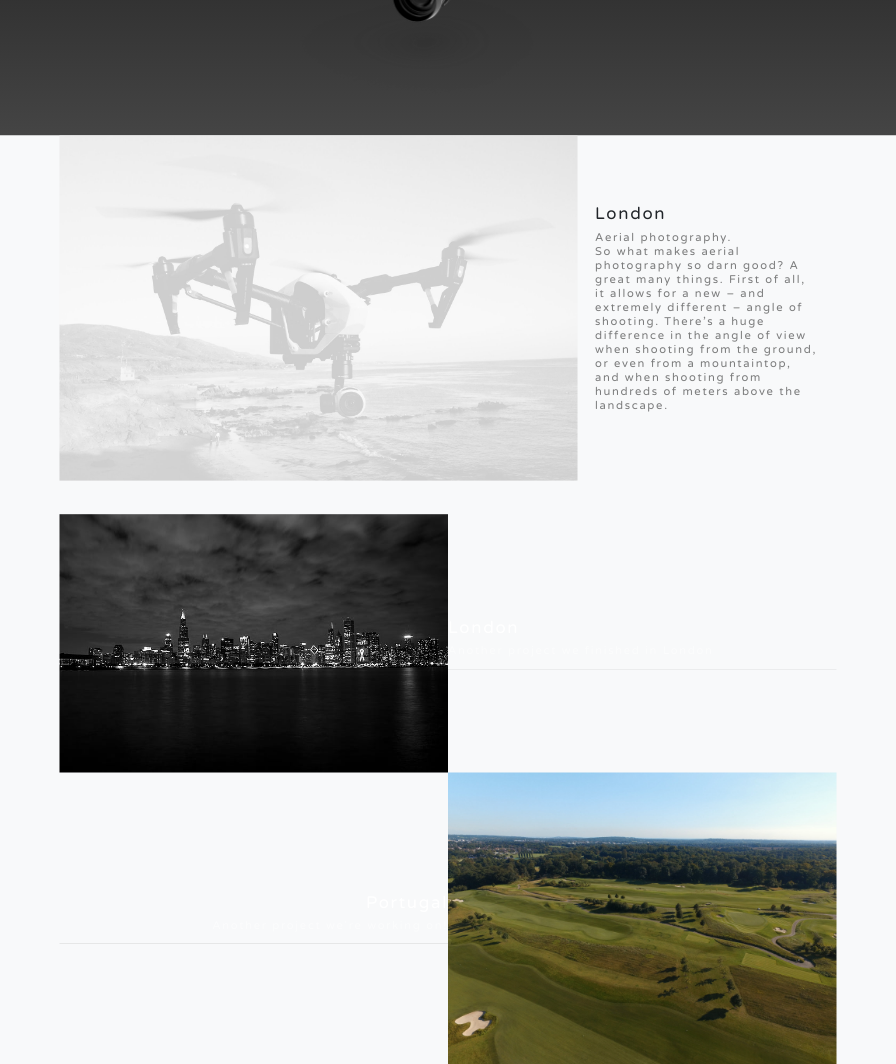
Repository: geoeskel/UCFD-Milestone-Project
Page: index.html
The author's editor kept a record of every edit. The page is drawn from the files as they stood at one moment, then again after the next edit.
The browser window is 1280 px wide. The pictures show the part of the page from y = 1552 to 3472 px (the page is 3072 px tall before and 3472 px after), at 70% of full size.
A picture or video elsewhere on the page could not be fetched, so the positions and the page height are approximate. Some web libraries are served in a nearby version.

Above is the page before.

After the next edit:
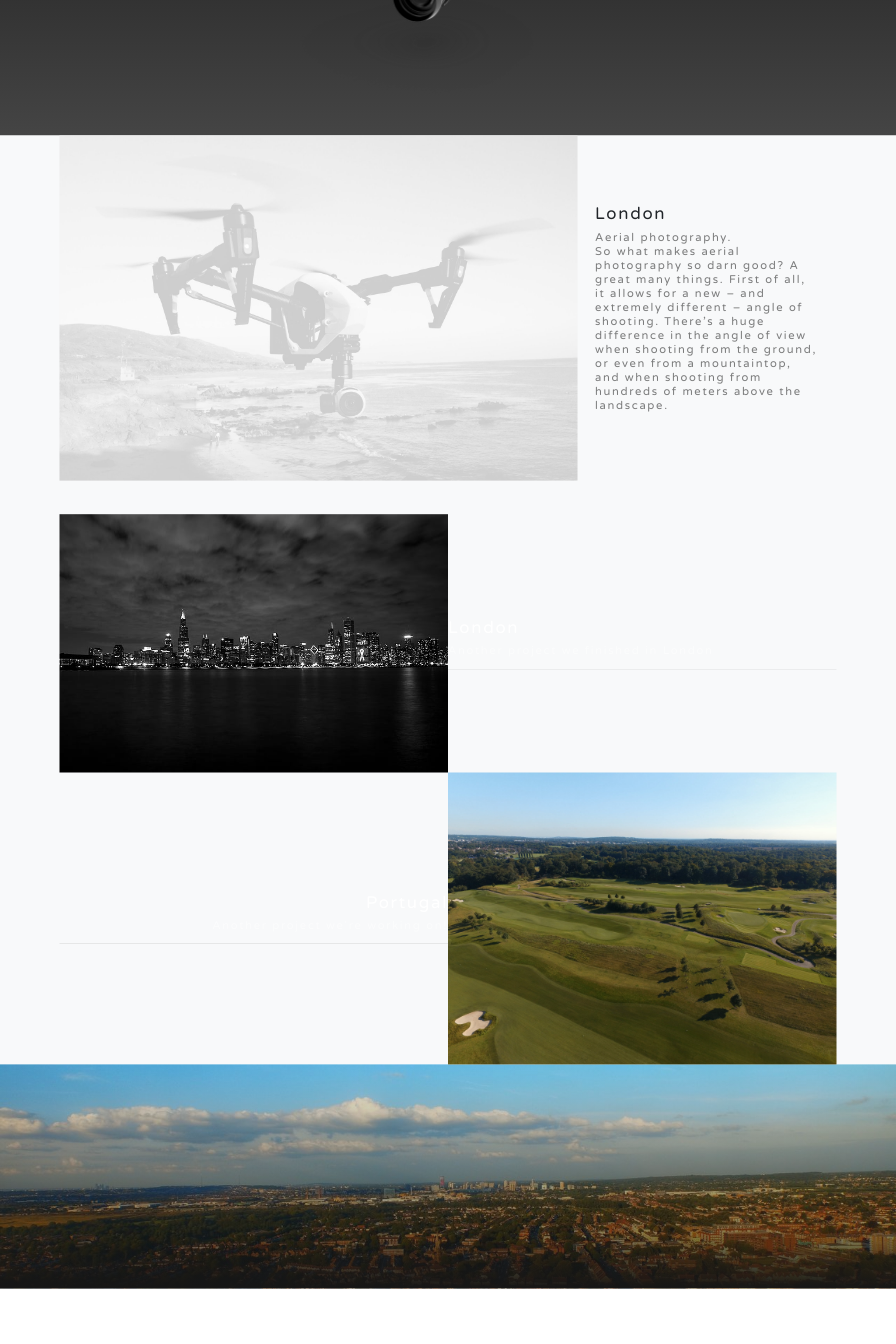
The edit:
--- a/css/style.css
+++ b/css/style.css
@@ -260,5 +260,71 @@
   .services-section .project-text {
     padding: 5rem;
   }
-
-}
+}
+
+/* --------------------Contact-------------------- */
+
+
+.signup-section {
+  padding: 10rem 0;
+  background: linear-gradient(to bottom, rgba(22, 22, 22, 0.1) 0%, rgba(22, 22, 22, 0.5) 75%, #161616 100%), url("../img/bg-signup.jpg");
+  background-position: center;
+  background-repeat: no-repeat;
+  background-attachment: scroll;
+  background-size: cover;
+}
+
+.signup-section .form-inline input {
+  box-shadow: 0 0.1875rem 0.1875rem 0 rgba(0, 0, 0, 0.1) !important;
+  padding: 1.25rem 2rem;
+  height: auto;
+  font-family: 'Muli', sans-serif;
+  font-size: 80%;
+  text-transform: uppercase;
+  letter-spacing: 0.15rem;
+  border: 0;
+}
+
+.contact-section {
+  padding: 5rem 0 0;
+}
+
+.contact-section .card {
+  border: 0;
+  border-bottom: 0.25rem solid #64a19d;
+}
+
+.contact-section .card h4 {
+  font-size: 0.8rem;
+  font-family: 'Muli', sans-serif;
+  text-transform: uppercase;
+  letter-spacing: 0.15rem;
+}
+
+.contact-section .card hr {
+  border-color: #64a19d;
+  border-width: 0.25rem;
+  width: 3rem;
+}
+
+.contact-section .social {
+  margin-top: 5rem;
+}
+
+.contact-section .social a {
+  text-align: center;
+  height: 3rem;
+  width: 3rem;
+  background: rgba(255, 255, 255, 0.1);
+  border-radius: 100%;
+  line-height: 3rem;
+  color: rgba(255, 255, 255, 0.3);
+}
+
+.contact-section .social a:hover {
+  color: rgba(255, 255, 255, 0.5);
+}
+
+.contact-section .social a:active {
+  color: #ffffff;
+}
